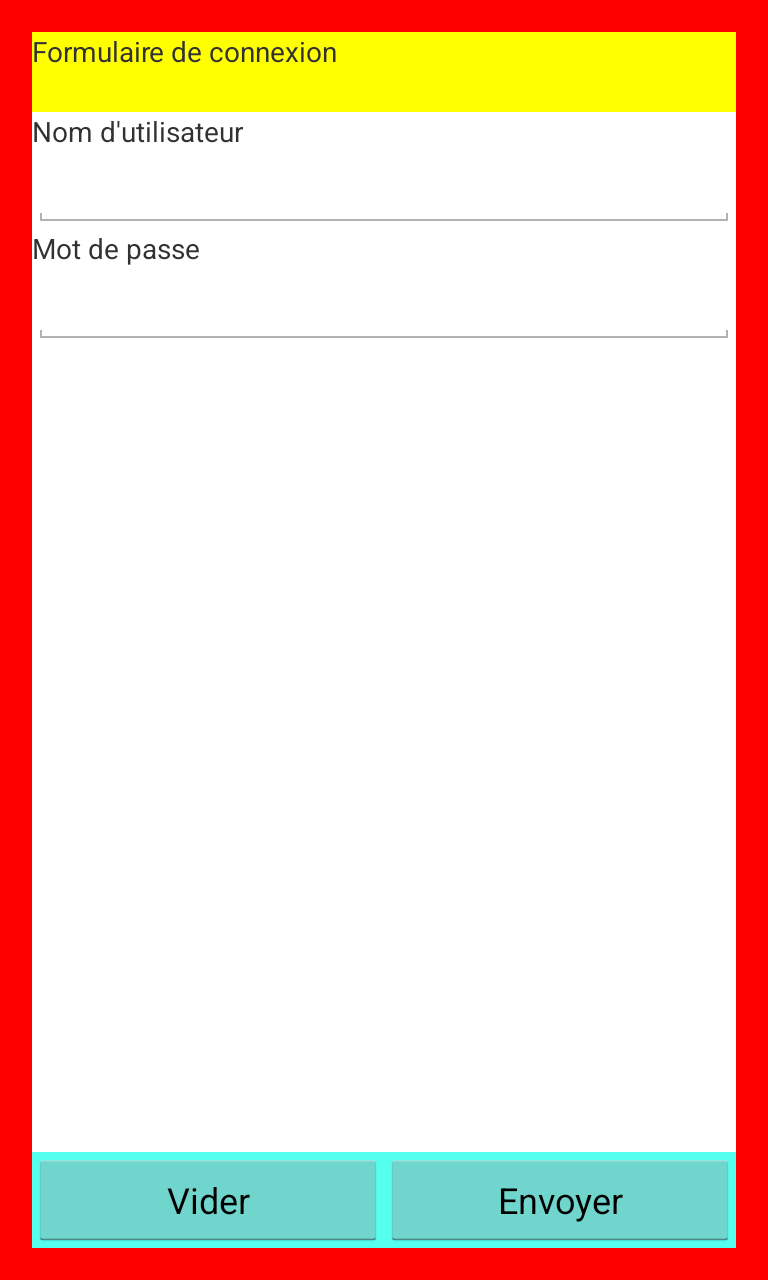
Repository: ablanchard/formation-android
Layout: ParlezVousAndroid/res/layout/fragment_main.xml
An editor plug-in stored every save of this project. The layout is shown before and after the next save, followed by the edit.
It is drawn on a 768 x 1280 px phone screen (xhdpi) without system bars, with theme AppTheme; the app's code is not run.

Above is the layout before, as saved 2014-04-29 09:27:00.

After the next save:
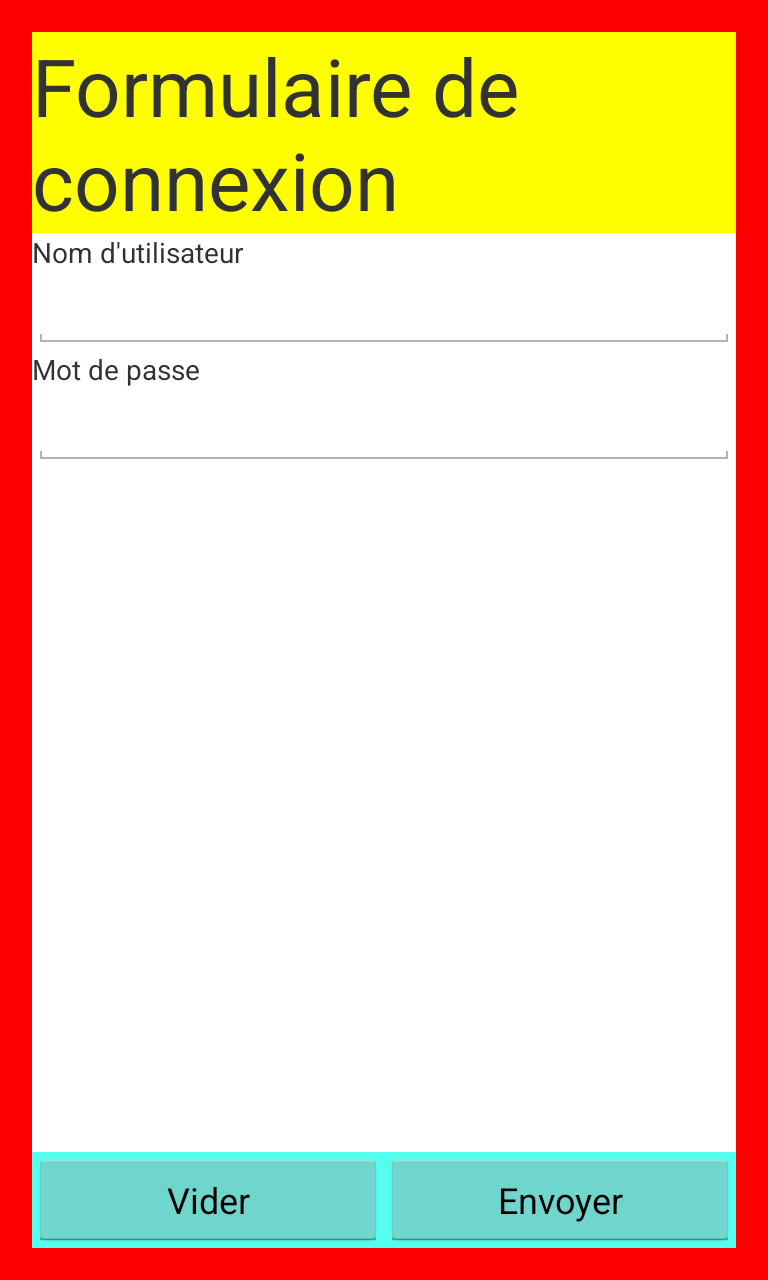
Saved 28 s later.
--- a/ParlezVousAndroid/res/layout/fragment_main.xml
+++ b/ParlezVousAndroid/res/layout/fragment_main.xml
@@ -17,7 +17,7 @@
             android:layout_alignParentTop="true"
             android:layout_width="match_parent"
             android:layout_height="wrap_content"
-            android:height="40sp"
+            android:textSize="40sp"
             android:text="@string/form" />
 
 
